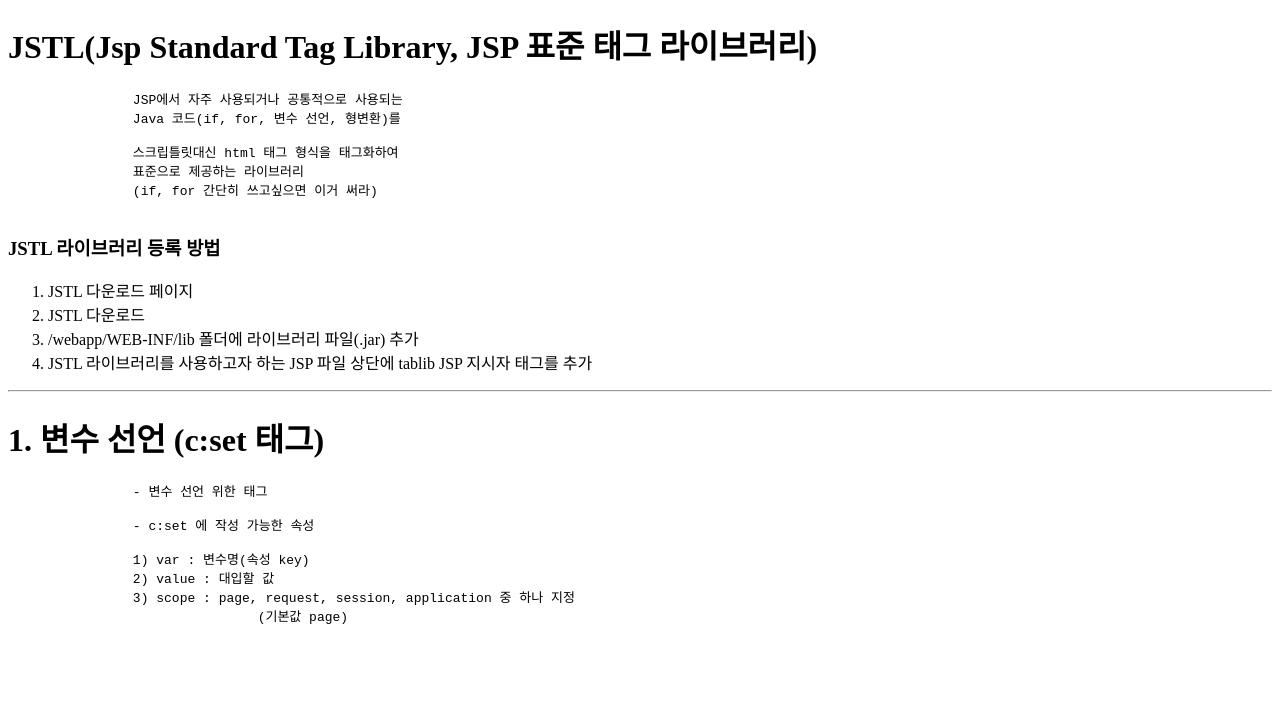
Repository: Rabsterd/6_Server
Page: http://localhost/JSPProject2/jstl/main
An editor plug-in stored every save of this project. The page is shown before and after the next save, followed by the edit.
The browser window is 1280 px wide. The pictures show the whole page.
The page is served by Tomcat 9. Other server files are loaded and not shown.

Above is the page before, as saved 2023-09-19 03:28:58.

### JSPProject2/src/main/webapp/WEB-INF/views/jstl/main.jsp
<%@ page language="java" contentType="text/html; charset=UTF-8"
    pageEncoding="UTF-8"%>

<%@ taglib prefix="c" uri="http://java.sun.com/jsp/jstl/core" %>
    <%--

    	<%@ %> : 지시자 태그

    	taglib : 태그 라이브러리 추가

  		prefix : 접두사, 태그명 앞에 작성되는 단어 <c:if>

  		uri(Uniform Resource Identifier , 통합 자원 식별자)
  			-> 자원을 식별하는 고유 문자열 (ID)

  		(참고) url(Uniform Resource Locator)
  			-> 자원의 위치를 나타내는 문자열(경로)
     --%>
<!DOCTYPE html>
<html>
<head>
<meta charset="UTF-8">
<title>JSTL(Jsp Standard Tag Library)</title>
</head>
<body>

	<h1>JSTL(Jsp Standard Tag Library, JSP 표준 태그 라이브러리)</h1>

	<pre>
		JSP에서 자주 사용되거나 공통적으로 사용되는
		Java 코드(if, for, 변수 선언, 형변환)를

		스크립틀릿대신 html 태그 형식을 태그화하여
		표준으로 제공하는 라이브러리
		(if, for 간단히 쓰고싶으면 이거 써라)
	</pre>

	<h3>JSTL 라이브러리 등록 방법</h3>

	<ol>
		<li>
			<a hlef="https://tomcat.apache.org/download-taglibs.cgi">
				JSTL 다운로드 페이지
			</a>
		</li>
		<li>JSTL 다운로드</li>

		<li>
			/webapp/WEB-INF/lib 폴더에 라이브러리 파일(.jar) 추가
		</li>

		<li>
			JSTL 라이브러리를 사용하고자 하는 JSP 파일 상단에
			tablib JSP 지시자 태그를 추가
		</li>
	</ol>
	<hr>

	<h1>1. 변수 선언 (c:set 태그)</h1>

	<pre>
		- 변수 선언 위한 태그

		- c:set 에 작성 가능한 속성

		1) var : 변수명(속성 key)
		2) value : 대입할 값
		3) scope : page, request, session, application 중 하나 지정
				(기본값 page)
	</pre>

	<%
		// 스크립틀릿으로 page scope 에 속성 세팅하는 방법
		pageContext.setAttribute("num1", 10);
	%>

	<%-- JSTL로 page scope에 속성 세팅하는 방법 --%>
	<c:set var="num2" value="20" scope= "page" />






</body>
</html>

### JSPProject2/src/main/java/edu/kh/jsp/controller/JSTLController.java
package edu.kh.jsp.controller;

import java.io.IOException;

import javax.servlet.ServletException;
import javax.servlet.annotation.WebServlet;
import javax.servlet.http.HttpServlet;
import javax.servlet.http.HttpServletRequest;
import javax.servlet.http.HttpServletResponse;

@WebServlet("/jstl/main")
public class JSTLController extends HttpServlet{

	@Override
	protected void doGet(HttpServletRequest req, HttpServletResponse resp) throws ServletException, IOException {

		req.getRequestDispatcher("/WEB-INF/views/jstl/main.jsp").forward(req, resp);
	}
}

After the next save:
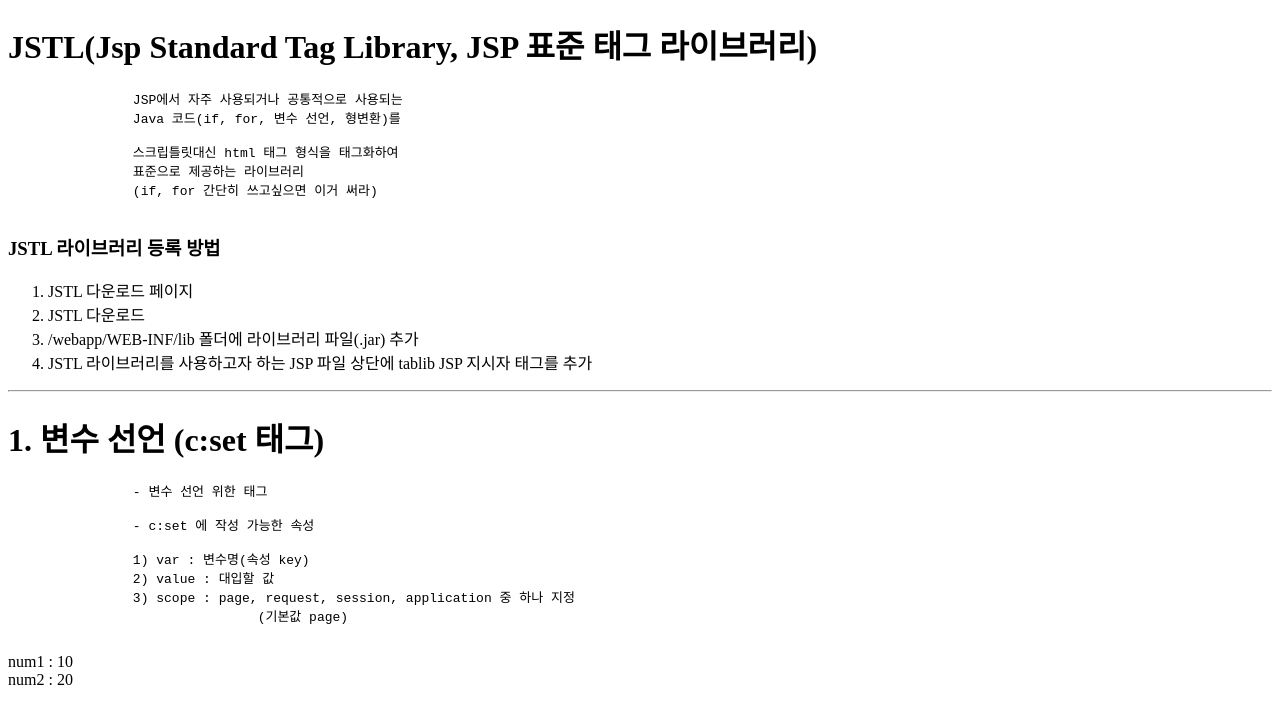
Saved 39 s later.
--- a/JSPProject2/src/main/webapp/WEB-INF/views/jstl/main.jsp
+++ b/JSPProject2/src/main/webapp/WEB-INF/views/jstl/main.jsp
@@ -77,6 +77,11 @@
 	<%-- JSTL로 page scope에 속성 세팅하는 방법 --%>
 	<c:set var="num2" value="20" scope= "page" />
 
+	num1 : ${num1}
+	<br>
+	num2 : ${num2}
+
+
 
 
 
